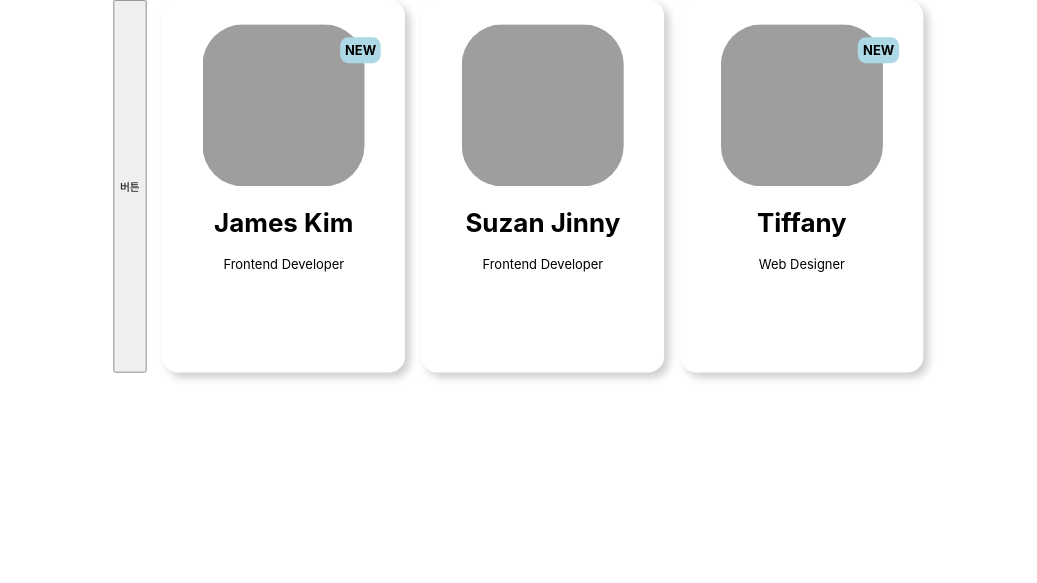
Repository: dnjfht/css-example
Page: /
The author's editor kept a copy of each file at every save. The page is drawn from the files as they stood at one save, then again after the next save.
The browser window is 1280 px wide. The pictures show the whole page, at 81% of full size.
Pictures or frames that could not be fetched are drawn as grey boxes. The project was rebuilt for these pictures with package versions that can differ from the ones it lists, and the page was loaded fresh each time. Also part of the build but not shown: src/App.css.

Above is the page before, as saved 2023-05-09 17:00:21.

### src/App.js
import "./App.css";
import Profile from "./components/Profile";

function App() {
  return (
    <div
      style={{
        width: "1000px",
        margin: "0 auto",
        display: "flex",
        justifyContent: "space-between",
      }}
    >
      <button>버튼</button>
      <Profile
        image="https://images.unsplash.com/photo-1618641986557-1ecd230959aa?ixlib=rb-4.0.3&ixid=MnwxMjA3fDB8MHxwaG90by1wYWdlfHx8fGVufDB8fHx8&auto=format&fit=crop&w=687&q=80"
        name="James Kim"
        job="Frontend Developer"
        isNew={true}
      />
      <Profile
        image="https://images.unsplash.com/photo-1535418193292-403b64871181?ixlib=rb-4.0.3&ixid=MnwxMjA3fDB8MHxwaG90by1wYWdlfHx8fGVufDB8fHx8&auto=format&fit=crop&w=685&q=80"
        name="Suzan Jinny"
        job="Frontend Developer"
        isNew={false}
      />
      <Profile
        image="https://images.unsplash.com/photo-1508285296015-c0b524447532?ixlib=rb-4.0.3&ixid=MnwxMjA3fDB8MHxwaG90by1wYWdlfHx8fGVufDB8fHx8&auto=format&fit=crop&w=701&q=80"
        name="Tiffany"
        job="Web Designer"
        isNew={true}
      />
    </div>
  );
}

export default App;

### src/components/Profile.jsx
import React from "react";
import ProfileImgWrap from "./ProfileImgWrap";

export default function Profile({ image, name, job, isNew }) {
  return (
    <div
      style={{
        width: 240,
        height: 400,
        padding: "30px",
        textAlign: "center",
        borderRadius: 20,
        boxShadow: "6px 6px 10px rgba(0,0,0,0.2)",
      }}
    >
      <ProfileImgWrap image={image} isNew={isNew} />
      <h1>{name}</h1>
      <p>{job}</p>
    </div>
  );
}

### src/components/ProfileImgWrap.js
import React from "react";

export default function ProfileImgWrap({ isNew, image }) {
  return (
    <div style={{ position: "relative" }}>
      {isNew ? (
        <>
          <img
            style={{
              width: 200,
              height: 200,
              objectFit: "cover",
              borderRadius: 50,
            }}
            src={image}
            alt="profileImg"
          />
          <h3
            style={{
              padding: 6,
              backgroundColor: "lightblue",
              borderRadius: 10,
              textAlign: "center",
              position: "absolute",
              top: 0,
              right: 0,
              fontSize: 16,
            }}
          >
            NEW
          </h3>
        </>
      ) : (
        <>
          <img
            style={{
              width: 200,
              height: 200,
              objectFit: "cover",
              borderRadius: 50,
            }}
            src={image}
            alt="profileImg"
          />
        </>
      )}
    </div>
  );
}

Loaded but not shown: public/index.html (common file); src/index.js (common file); src/index.css (common file); src/reportWebVitals.js (common file)

After the next save:
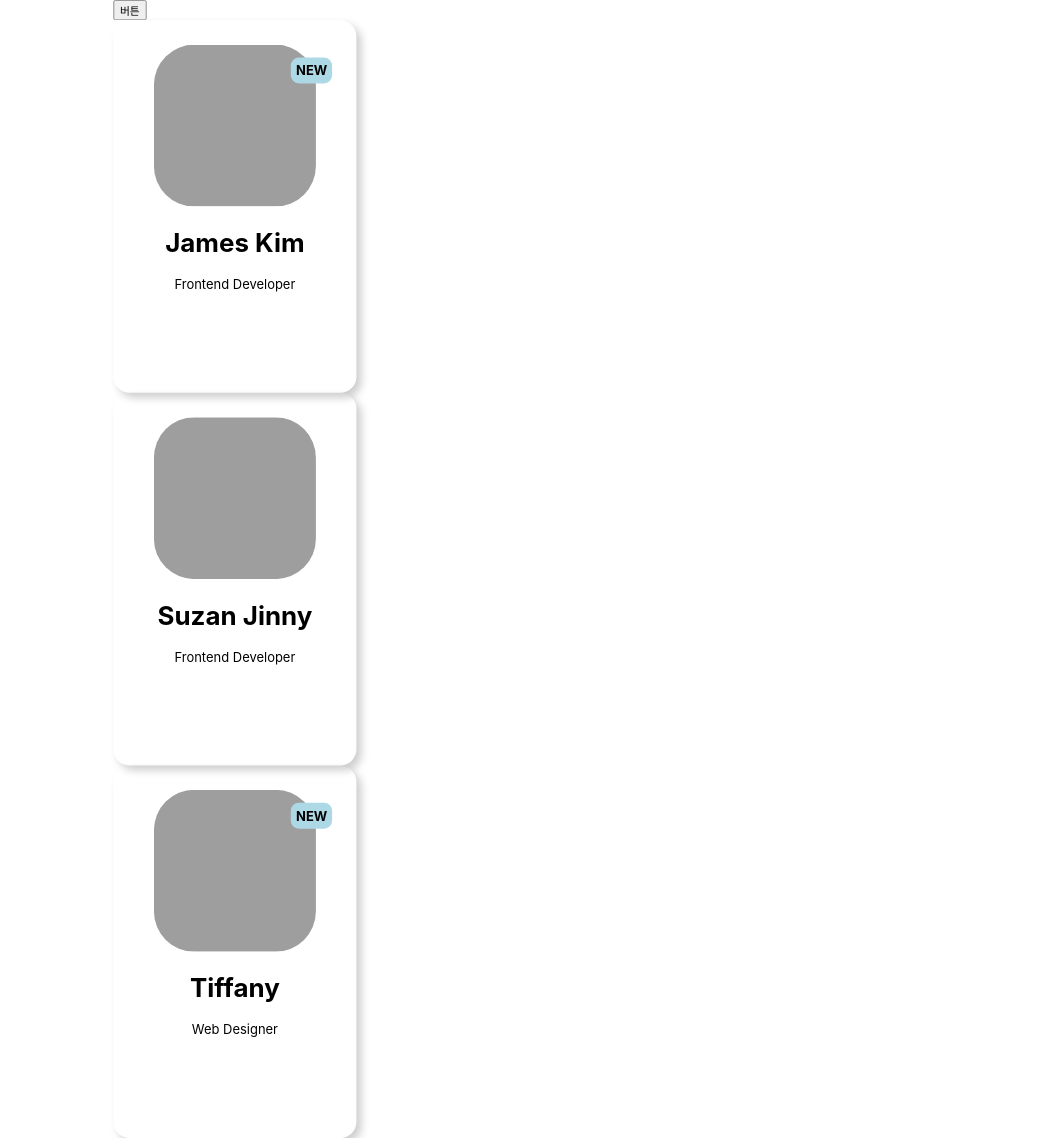
Saved 2 min 32 s later.
--- a/src/App.js
+++ b/src/App.js
@@ -7,8 +7,6 @@ function App() {
       style={{
         width: "1000px",
         margin: "0 auto",
-        display: "flex",
-        justifyContent: "space-between",
       }}
     >
       <button>버튼</button>
